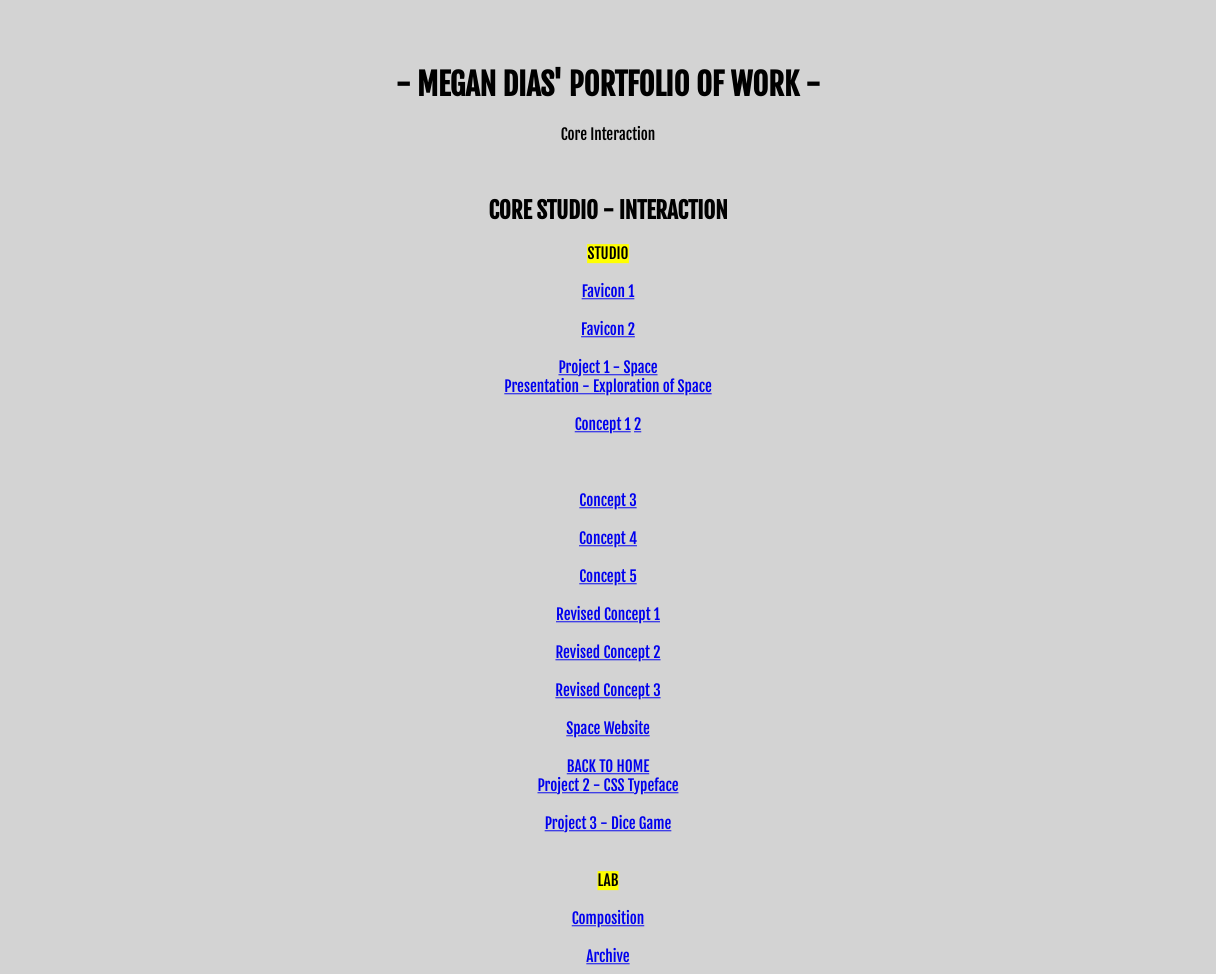
Repository: diasm568/diasm568.github.io
Page: index.html
The author's editor kept a record of every edit. The page is drawn from the files as they stood at one moment, then again after the next edit.
The browser window is 1280 px wide. The pictures show the whole page, at 95% of full size.

Above is the page before.

### index.html
<html>
<link href="css/styles.css" rel="stylesheet" type="text/css">
<center>
<title>Hello World!</title>
<div style="font-family: 'Fjalla One'">
<link href='http://fonts.googleapis.com/css?family=Fjalla+One' rel='stylesheet' type='text/css'>

    <br>
    <br>
    <span style="text-transform: uppercase"><h1>- Megan Dias' Portfolio of Work -</h1></span>
    <p>Core Interaction</p>
    <br>

    <span style="text-transform: uppercase"><h2>Core Studio - Interaction</h2></span>
        <mark> STUDIO </mark>
        <br>
        <br>
        <a href="studio/favicon1.html">Favicon 1</a>
        <br>
        <br>
        <a href="studio/favicon2.html">Favicon 2</a>
        <br>
        <br>
        <a href="studio/project1.html">Project 1 - Space</a>
        <br>
        <a href="presentation.pdf">Presentation - Exploration of Space</a>
        <br>
        <br>
        <a href="concept1.pdf">Concept 1</a> <a href="concept2.pdf">2</a>
        <br>
        <br>
        <br>
        <br>
        <a href="concept3.pdf">Concept 3</a>
        <br>
        <br>
        <a href="concept4.pdf">Concept 4</a>
        <br>
        <br>
        <a href="concept5.pdf">Concept 5</a>
        <br>
        <br>
        <a href="revisedconcept1.pdf">Revised Concept 1</a>
        <br>
        <br>
        <a href="revisedconcept2.pdf">Revised Concept 2</a>
        <br>
        <br>
        <a href="revisedconcept3">Revised Concept 3</a>
        <br>
        <br>
        <a href="spaceWebsite/index.html">Space Website</a>
        <br>
        <br>
        <a href="../index.html">BACK TO HOME</a>
        <br>
        <a href="studio/project2.html">Project 2 - CSS Typeface</a>
        <br>
        <br>
        <a href="studio/project3.html">Project 3 - Dice Game</a>
        <br>
        <br>
        <br>
        <span style="text-transform: uppercase"><mark>LAB</mark></span>
        <br>
        <br>
        <a href="lab/composition.html">Composition</a>
        <br>
        <br>
        <a href="lab/composition.html">Archive</a>

</div>
</center>
</html>

Loaded but not shown: css/styles.css (common file)

After the next edit:
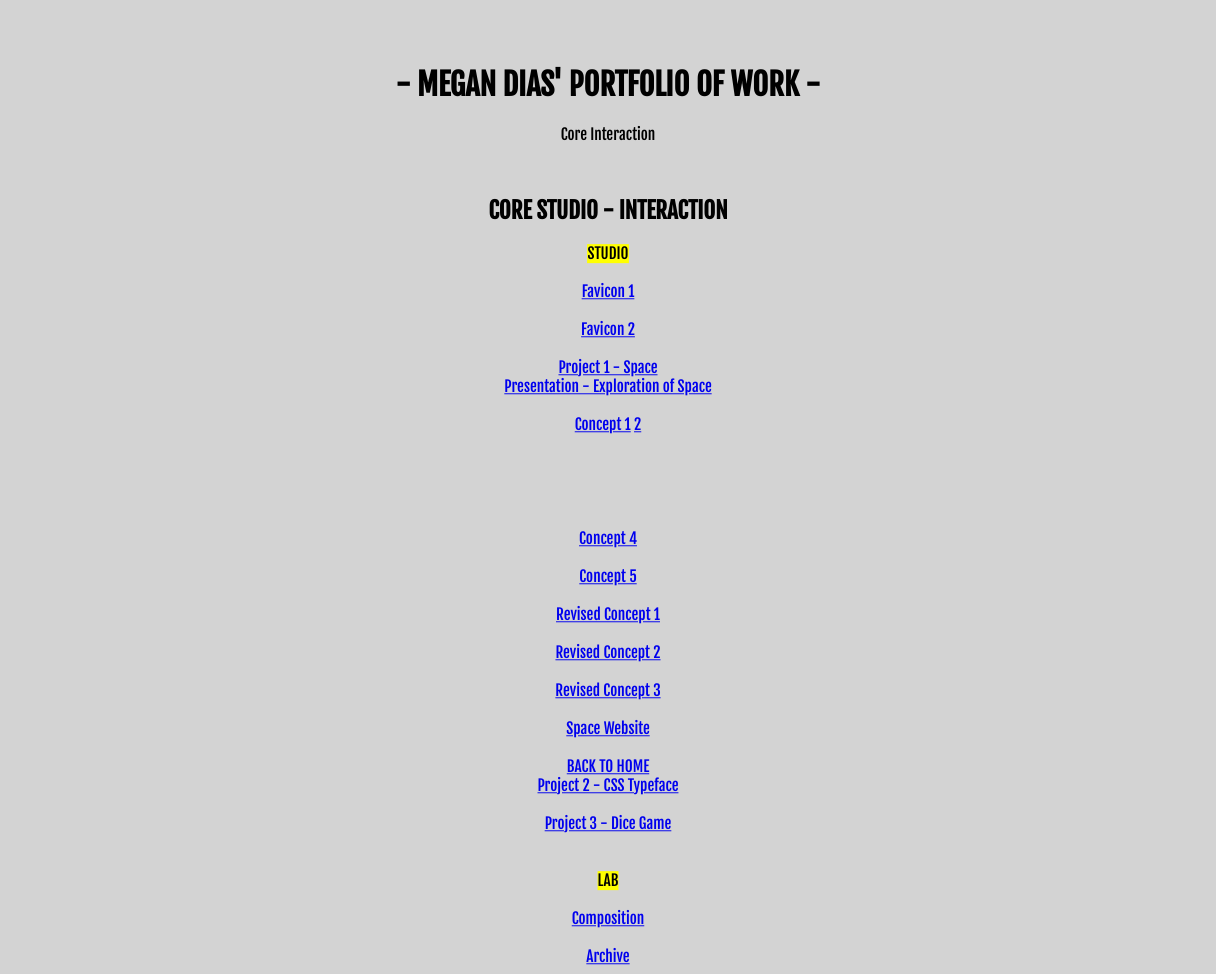
The edit:
--- a/index.html
+++ b/index.html
@@ -31,7 +31,6 @@
         <br>
         <br>
         <br>
-        <a href="concept3.pdf">Concept 3</a>
         <br>
         <br>
         <a href="concept4.pdf">Concept 4</a>
